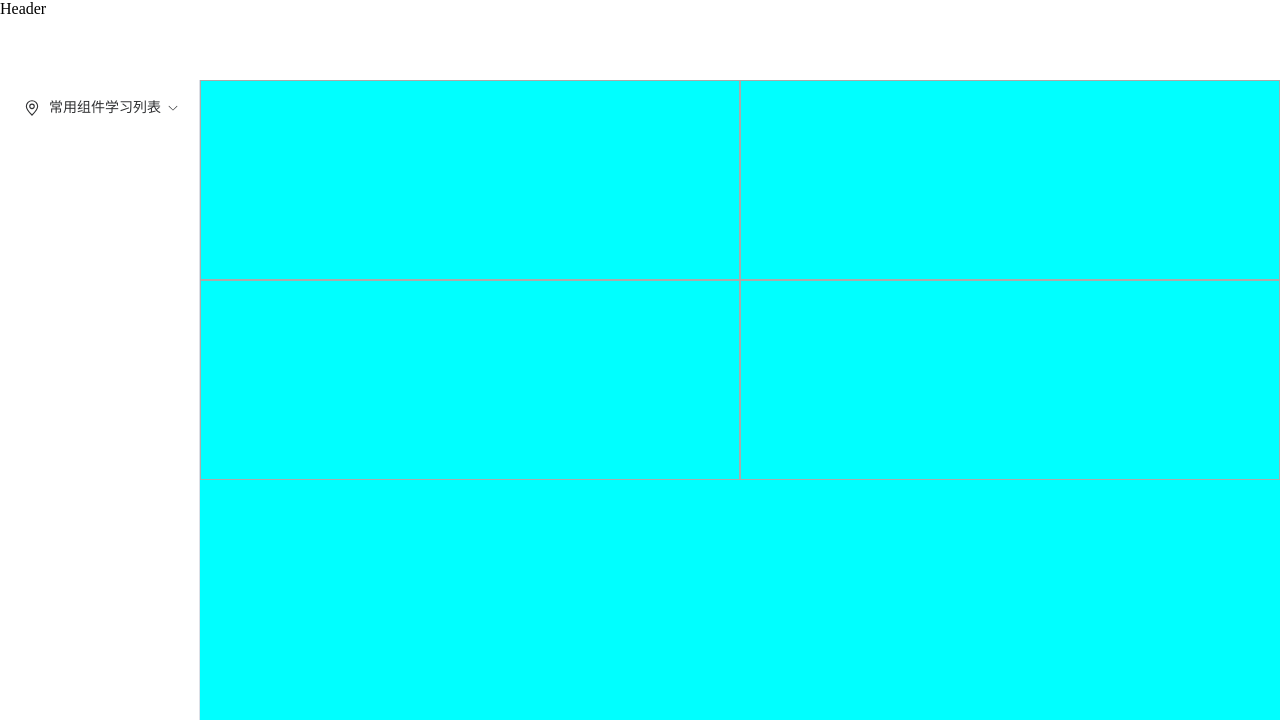
Repository: 553559555/vue3-project
Page: /#/index (app in vue3-app/)
These files come from the project's save history. The page is drawn as it stood at one moment and after the next save; the edit follows.
The browser window is 1280 px wide. The pictures show the whole page.
The project was rebuilt for these pictures with package versions that can differ from the ones it lists, and the page was loaded fresh each time. Also part of the build but not shown: vue3-app/vite.config.ts.

Above is the page before, as saved 2025-03-24 10:59:53.

After the next save:
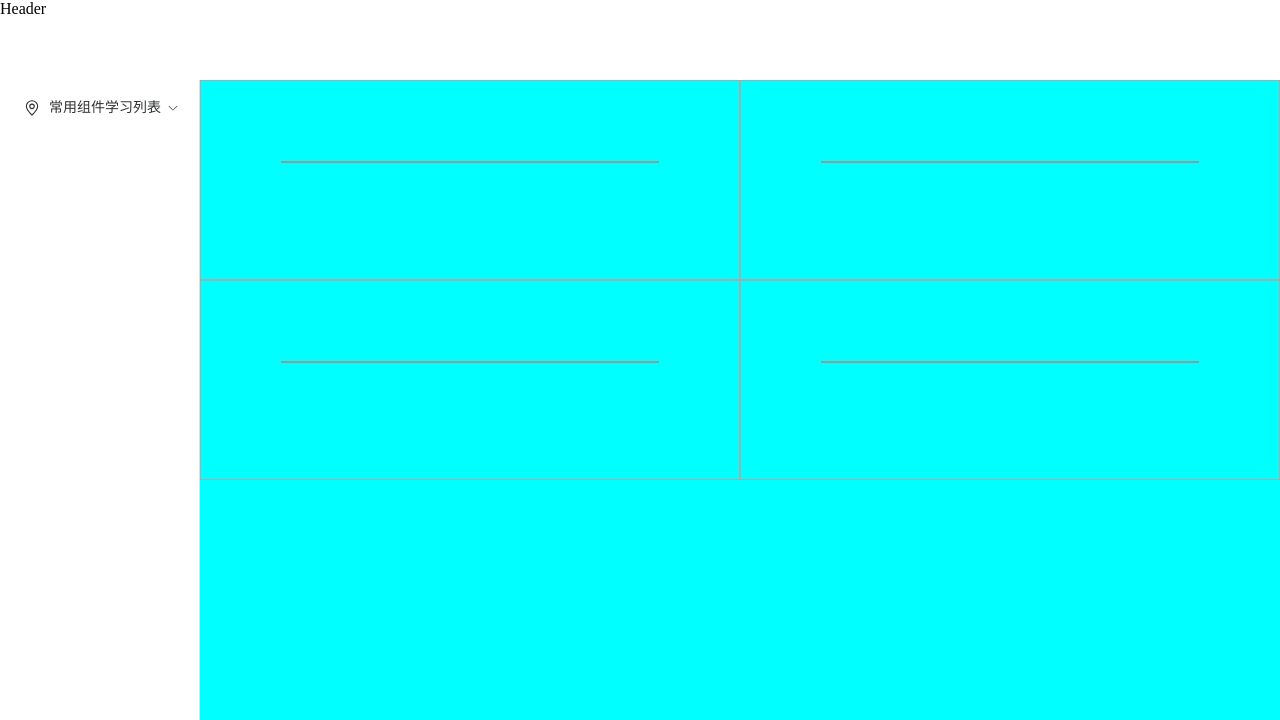
Saved 70 s later.
--- a/vue3-app/src/views/Home.vue
+++ b/vue3-app/src/views/Home.vue
@@ -2,19 +2,19 @@
   <div class="home-container">
     <el-row class="row">
       <el-col :span="12">
-        <div class="grid-content ep-bg-purple-dark" />
+        <div class="grid-content" />
       </el-col>
       <el-col :span="12">
-        <div class="grid-content ep-bg-purple-dark" />
+        <div class="grid-content" />
       </el-col>
     </el-row>
 
     <el-row class="row">
       <el-col :span="12">
-        <div class="grid-content ep-bg-purple-dark" />
+        <div class="grid-content" />
       </el-col>
       <el-col :span="12">
-        <div class="grid-content ep-bg-purple-dark" />
+        <div class="grid-content" />
       </el-col>
     </el-row>
 
@@ -36,6 +36,12 @@
 
     .el-col {
       border: solid 1px #aaa;
+
+      .grid-content {
+        margin: 80px;
+        border: solid 1px #999;
+      }
+
     }
   }
 }
